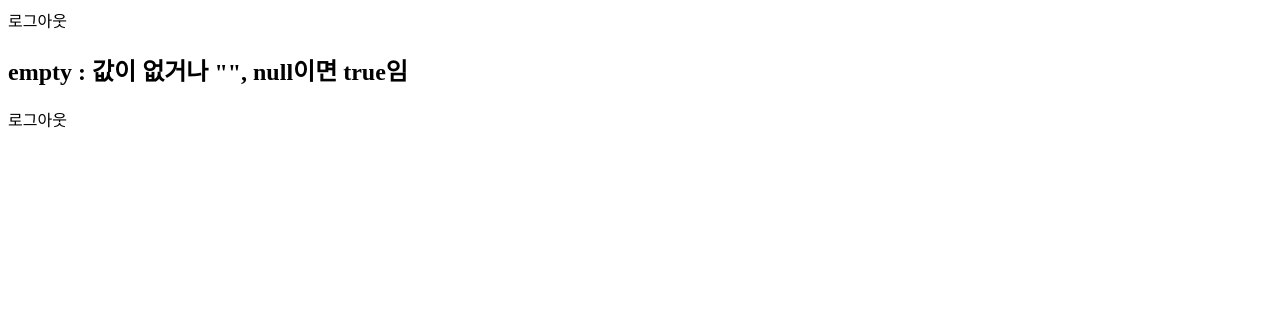
Repository: moonsae/jsp
Page: http://localhost/ELprj0908/jstl4
An editor plug-in stored every save of this project. The page is shown before and after the next save, followed by the edit.
The browser window is 1280 px wide. The pictures show the whole page.
The page is served by Tomcat 9.

Above is the page before, as saved 2023-09-08 03:08:28.

After the next save:
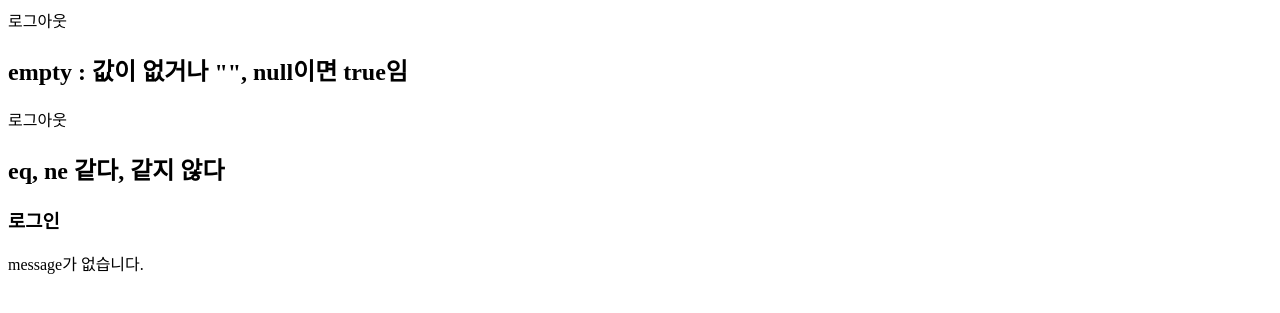
Saved 5 min 39 s later.
--- a/ELprj0908/src/main/webapp/WEB-INF/views/jstl4.jsp
+++ b/ELprj0908/src/main/webapp/WEB-INF/views/jstl4.jsp
@@ -18,5 +18,22 @@
   <h2> empty : 값이 없거나 "", null이면 true임</h2>
   <c:if test="${empty id }"> 로그인</c:if>
   <c:if test="${not empty id }"> 로그아웃</c:if>
-</body>
+
+  <h2> eq, ne 같다, 같지 않다</h2>
+
+  <c:set var="message" value="비로그인"/>
+  <c:if test="${message eq '비로그인' }">
+      <h3>로그인</h3>
+  </c:if>
+  <c:if test="${message ne '비로그인'}">
+      <h3>로그아웃</h3>
+  </c:if>
+
+  <c:if test="${empty message }">
+     message가 없습니다.
+  </c:if>
+  <c:if test="${empty message2 }">
+     message가 없습니다.
+  </c:if>
+  </body>
 </html>
